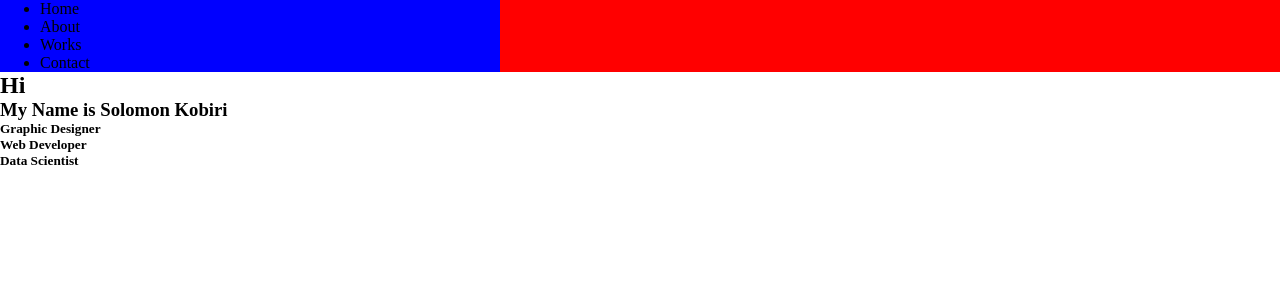
Repository: Kwabena-Kobiri/yellocoders
Page: index.html
The author's editor kept a copy of each file at every save. The page is drawn from the files as they stood at one save, then again after the next save.
The browser window is 1280 px wide. The pictures show the whole page.

Above is the page before, as saved 2021-05-05 18:39:53.

After the next save:
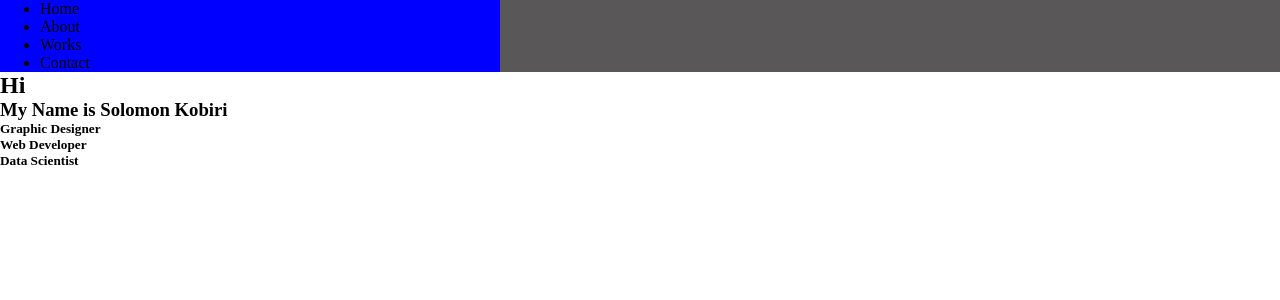
Saved 88 s later.
--- a/index.css
+++ b/index.css
@@ -5,7 +5,7 @@
 
 /* HEADER STYLING STARTS HERE */
 #header {
-    background-color:red;
+    background-color: rgba(19, 17, 17, 0.7)
 }
 
 #nav {
